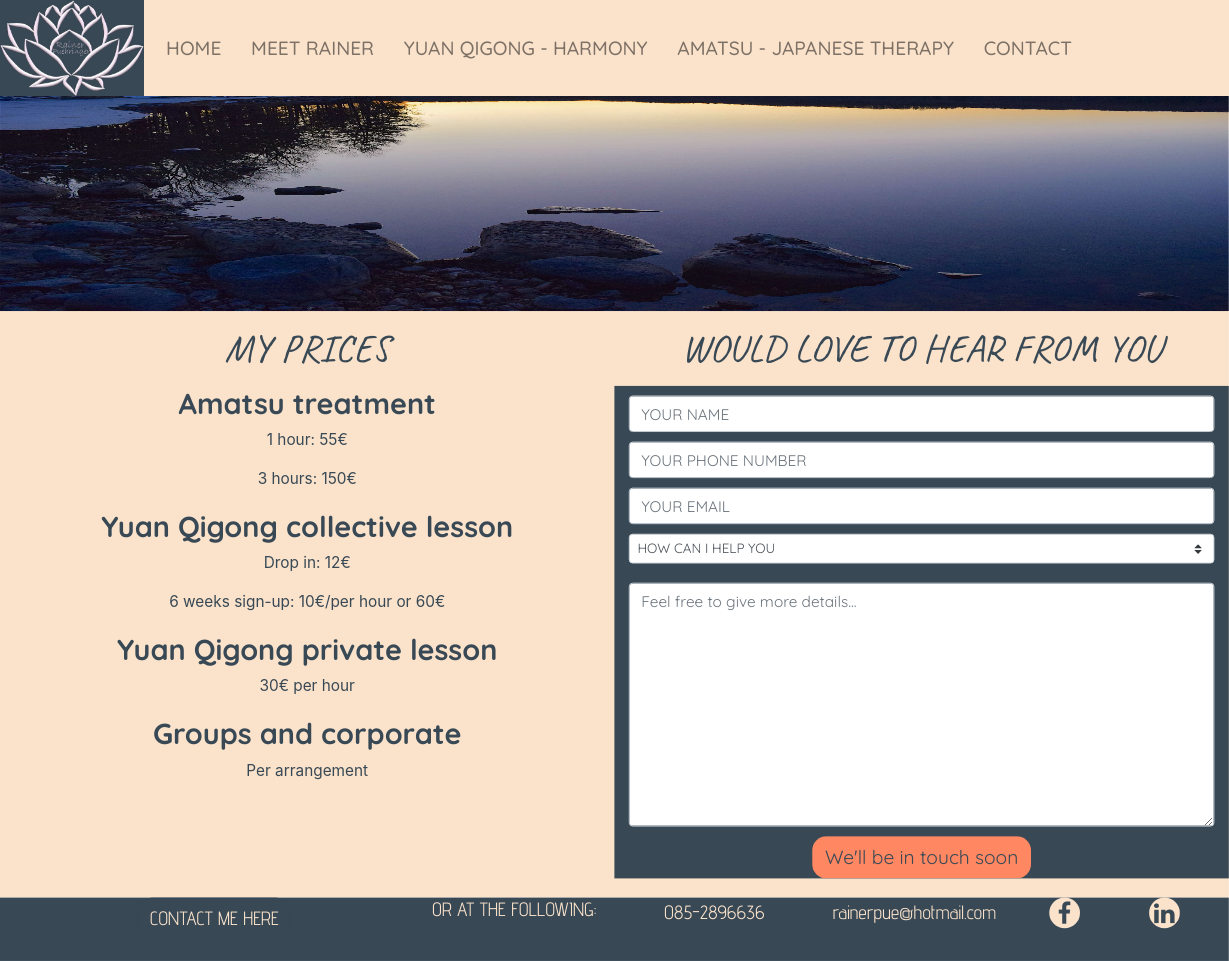
Repository: rainerpue/practitioner_website
Page: contact.html
The author's editor kept a record of every edit. The page is drawn from the files as they stood at one moment, then again after the next edit.
The browser window is 1280 px wide. The pictures show the whole page, at 96% of full size.
Some web libraries are served in a nearby version.

Above is the page before.

After the next edit:
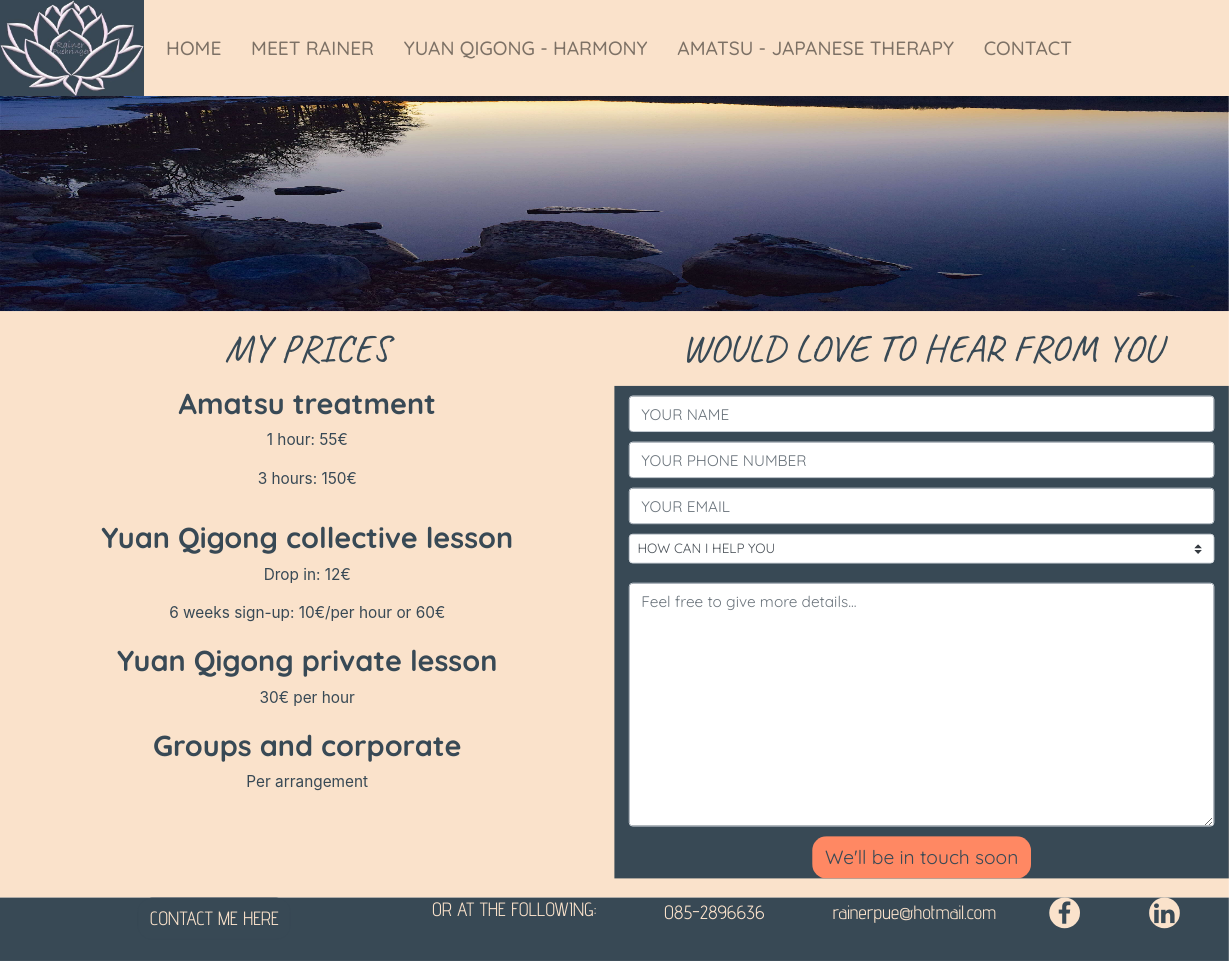
The edit:
--- a/contact.html
+++ b/contact.html
@@ -76,7 +76,7 @@
                         </div>
                     </div>
                     <div class="row">
-                        <div class="col-12 mb-1 price-table text-center">
+                        <div class="col-12 mb-3 price-table text-center">
                             <h4>Amatsu treatment</h4>
                             <p>1 hour: 55€</p>
                             <p>3 hours: 150€</p>
